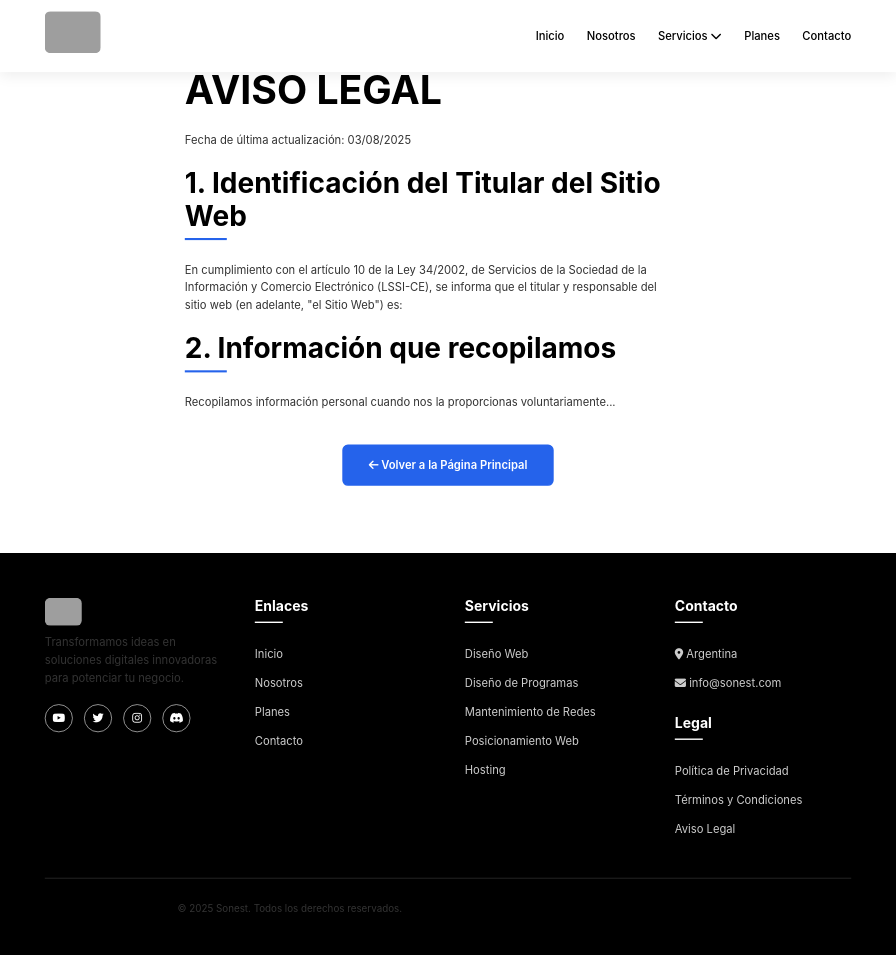
Repository: FabriDevelope/sonest
Page: aviso-legal.html
These files come from the project's save history. The page is drawn as it stood at one moment and after the next save; the edit follows.
The browser window is 1280 px wide. The pictures show the part of the page from y = 0 to 1920 px (the page is 1365 px tall before and 2658 px after), at 70% of full size.
Pictures or frames that could not be fetched are drawn as grey boxes.

Above is the page before, as saved 2025-08-03 01:57:50.

### aviso-legal.html
<!DOCTYPE html>
<html lang="es">
<head>
    <meta charset="UTF-8">
    <meta name="viewport" content="width=device-width, initial-scale=1.0">
    <title>Sonest - Aviso Legal</title>
    <link rel="stylesheet" href="styles.css">
    <link rel="stylesheet" href="https://cdnjs.cloudflare.com/ajax/libs/font-awesome/6.4.0/css/all.min.css">
    <link rel="icon" href="https://i.imgur.com/gXWLOT4.png" type="image/png">
    <style>
        .hero {
            padding: 12rem 0 7rem;
            background: linear-gradient(135deg, #f0f7ff 0%, #e6f0ff 100%);
            position: relative;
            overflow: hidden;
        }

        .hero::before {
            content: '';
            position: absolute;
            top: -100px;
            right: -100px;
            width: 500px;
            height: 500px;
            border-radius: 50%;
            background: linear-gradient(135deg, rgba(37, 99, 235, 0.1) 0%, rgba(37, 99, 235, 0.05) 100%);
            z-index: 0;
        }

        .hero-content {
            display: flex;
            align-items: center;
            gap: 4rem;
            position: relative;
            z-index: 1;
        }

        .hero-text {
            flex: 1;
        }

        .hero-image {
            flex: 1;
            border-radius: var(--border-radius);
            overflow: hidden;
            box-shadow: var(--shadow);
            transform: perspective(1000px) rotateY(-5deg);
            transition: var(--transition);
        }

        .hero-image:hover {
            transform: perspective(1000px) rotateY(0);
        }

        .features-grid {
            display: grid;
            grid-template-columns: repeat(auto-fit, minmax(300px, 1fr));
            gap: 2.5rem;
            margin-top: 3rem;
        }

        .feature-card {
            background-color: var(--white);
            border-radius: var(--border-radius);
            padding: 2.5rem;
            transition: var(--transition);
            box-shadow: 0 5px 15px rgba(0,0,0,0.05);
            text-align: center;
            border: 1px solid rgba(37, 99, 235, 0.1);
        }

        .feature-card:hover {
            transform: translateY(-10px);
            box-shadow: 0 15px 30px rgba(37, 99, 235, 0.15);
        }

        .feature-icon {
            width: 80px;
            height: 80px;
            background: linear-gradient(135deg, #e6f0ff 0%, #d0e1ff 100%);
            border-radius: 50%;
            display: flex;
            align-items: center;
            justify-content: center;
            margin: 0 auto 1.5rem;
            font-size: 2rem;
            color: var(--primary);
        }

        .services {
            background-color: var(--gray-100);
        }

        .services-grid {
            display: grid;
            grid-template-columns: repeat(auto-fit, minmax(280px, 1fr));
            gap: 2.5rem;
            margin-top: 2rem;
        }

        .service-card {
            background-color: var(--white);
            border-radius: var(--border-radius);
            padding: 2.5rem;
            transition: var(--transition);
            box-shadow: 0 5px 15px rgba(0,0,0,0.05);
            border: 1px solid rgba(37, 99, 235, 0.1);
        }

        .service-card:hover {
            transform: translateY(-5px);
            box-shadow: 0 15px 30px rgba(37, 99, 235, 0.1);
        }

        .service-icon {
            font-size: 2.5rem;
            margin-bottom: 1.5rem;
            display: inline-block;
            color: var(--primary);
        }

        .soon-badge {
            display: inline-block;
            background-color: var(--gray-200);
            color: var(--gray-700);
            font-size: 0.75rem;
            padding: 0.25rem 0.75rem;
            border-radius: 2rem;
            margin-left: 0.5rem;
            vertical-align: super;
            font-weight: 600;
        }

        .stats {
            background: linear-gradient(135deg, var(--primary) 0%, var(--primary-light) 100%);
            color: var(--white);
            text-align: center;
        }

        .stats-grid {
            display: grid;
            grid-template-columns: repeat(auto-fit, minmax(200px, 1fr));
            gap: 2rem;
            margin-top: 2rem;
        }

        .stat-item {
            text-align: center;
            padding: 2rem;
            background-color: rgba(255, 255, 255, 0.1);
            border-radius: var(--border-radius);
        }

        .stat-number {
            font-size: 3rem;
            font-weight: 700;
            margin-bottom: 0.5rem;
        }

        .testimonials-grid {
            display: grid;
            grid-template-columns: repeat(auto-fit, minmax(320px, 1fr));
            gap: 2.5rem;
        }

        .testimonial-card {
            background-color: var(--white);
            border-radius: var(--border-radius);
            padding: 2.5rem;
            position: relative;
            box-shadow: 0 5px 15px rgba(0,0,0,0.05);
            border: 1px solid rgba(37, 99, 235, 0.1);
        }

        .testimonial-quote {
            font-size: 3rem;
            position: absolute;
            top: 1rem;
            left: 1rem;
            opacity: 0.1;
            color: var(--primary);
        }

        .cta {
            background: linear-gradient(135deg, var(--gray-800) 0%, var(--black) 100%);
            color: var(--white);
            text-align: center;
            padding: 5rem 0;
            position: relative;
            overflow: hidden;
        }

        .cta::before {
            content: '';
            position: absolute;
            top: -100px;
            right: -100px;
            width: 400px;
            height: 400px;
            border-radius: 50%;
            background: rgba(255, 255, 255, 0.05);
            z-index: 0;
        }

        .cta-content {
            position: relative;
            z-index: 1;
            max-width: 700px;
            margin: 0 auto;
        }

        .fade-in {
            opacity: 0;
            transform: translateY(30px);
            transition: opacity 0.6s ease-out, transform 0.6s ease-out;
        }

        .fade-in-visible {
            opacity: 1;
            transform: translateY(0);
        }

        /* Ajustes para la nueva sección Legal */
@media (max-width: 768px) {
    .footer-grid > div:last-child .footer-title {
        margin-top: 1.5rem;
    }
}
    </style>
    </head>
<body>
    <!-- Header -->
    <header>
        <div class="container header-container">
            <a href="index.html" class="logo">
                <img src="https://i.imgur.com/yJCH2BL.png" alt="Sonest Logo" style="height: 60px; margin-right: 10px;">
            </a>
            <nav>
                <ul class="nav-menu">
                    <li class="nav-item"><a href="index.html" class="nav-link">Inicio</a></li>
                    <li class="nav-item"><a href="nosotros.html" class="nav-link">Nosotros</a></li>
                    <li class="nav-item dropdown">
                        <a href="planes.html" class="nav-link">Servicios <i class="fas fa-chevron-down"></i></a>
                        <ul class="dropdown-content">
                            <li><a href="diseno-web.html" class="dropdown-item">Diseño Web</a></li>
                            <li><a href="diseno-programas.html" class="dropdown-item">Diseño de Programas</a></li>
                            <li><a href="mantenimiento-redes.html" class="dropdown-item">Mantenimiento de Redes</a></li>
                            <li><a href="posicionamiento-web.html" class="dropdown-item">Posicionamiento Web</a></li>
                            <li><a href="hosting.html" class="dropdown-item">Hosting</a></li>
                        </ul>
                    </li>
                    <li class="nav-item"><a href="planes.html" class="nav-link">Planes</a></li>
                    <li class="nav-item"><a href="contacto.html" class="nav-link active">Contacto</a></li>
                </ul>
            </nav>
            <div class="mobile-toggle">
                <i class="fas fa-bars"></i>
            </div>
        </div>
    </header>

     <main class="section" style="max-width: 800px; margin: 0 auto;">
        <div class="container">
            <h1>AVISO LEGAL</h1>
            <p>Fecha de última actualización: 03/08/2025</p>

            <h2>1. Identificación del Titular del Sitio Web</h2>
            <p>En cumplimiento con el artículo 10 de la Ley 34/2002, de Servicios de la Sociedad de la Información y Comercio Electrónico (LSSI-CE), se informa que el titular y responsable del sitio web <www class="sonest netlify app"></www> (en adelante, "el Sitio Web") es:</p>

            <h2>2. Información que recopilamos</h2>
            <p>Recopilamos información personal cuando nos la proporcionas voluntariamente...</p>

            <!-- Resto del contenido -->

            <div style="margin-top: 3rem; text-align: center;">
                <a href="index.html" class="btn">
                    <i class="fas fa-arrow-left"></i> Volver a la Página Principal
                </a>
            </div>
        </div>
    </main>

  <!-- Footer -->
<footer>
    <div class="container">
        <div class="footer-grid">
            <div>
                <a href="index.html" class="logo">
                    <img src="https://i.imgur.com/EugKriL.png" alt="Sonest Logo" style="height: 40px; margin-right: 10px;">
                </a>
                <p>Transformamos ideas en soluciones digitales innovadoras para potenciar tu negocio.</p>
                <div class="social-links">
                    <a href="#" class="social-link"><i class="fab fa-youtube"></i></a>
                    <a href="#" class="social-link"><i class="fab fa-twitter"></i></a>
                    <a href="#" class="social-link"><i class="fab fa-instagram"></i></a>
                    <a href="https://discord.gg/TzeV6DSFxJ" class="social-link"><i class="fab fa-discord"></i></a>
                </div>
            </div>
            <div>
                <h4 class="footer-title">Enlaces</h4>
                <ul class="footer-links">
                    <li><a href="index.html" class="footer-link">Inicio</a></li>
                    <li><a href="nosotros.html" class="footer-link">Nosotros</a></li>
                    <li><a href="planes.html" class="footer-link">Planes</a></li>
                    <li><a href="contacto.html" class="footer-link">Contacto</a></li>
                </ul>
            </div>
            <div>
                <h4 class="footer-title">Servicios</h4>
                <ul class="footer-links">
                    <li><a href="diseno-web.html" class="footer-link">Diseño Web</a></li>
                    <li><a href="diseno-programas.html" class="footer-link">Diseño de Programas</a></li>
                    <li><a href="mantenimiento-redes.html" class="footer-link">Mantenimiento de Redes</a></li>
                    <li><a href="posicionamiento-web.html" class="footer-link">Posicionamiento Web</a></li>
                    <li><a href="hosting.html" class="footer-link">Hosting</a></li>
                </ul>
            </div>
            <div>
                <h4 class="footer-title">Contacto</h4>
                <ul class="footer-links">
                    <li><a href="#" class="footer-link"><i class="fas fa-map-marker-alt"></i> Argentina</a></li>
                    <li><a href="mailto:sonest.adm@proton.me" class="footer-link"><i class="fas fa-envelope"></i> info@sonest.com</a></li>
                </ul>
                <!-- Nueva sección Legal -->
                <h4 class="footer-title" style="margin-top: 1.5rem;">Legal</h4>
                <ul class="footer-links">
                    <li><a href="politica-de-privacidad.html" class="footer-link">Política de Privacidad</a></li>
                    <li><a href="terminos-y-condiciones-de-uso.html" class="footer-link">Términos y Condiciones</a></li>
                    <li><a href="aviso-legal.html"class="footer-link">Aviso Legal</a></li>
                </ul>
            </div>
        </div>
        <div class="footer-bottom">
            <p>&copy; 2025 Sonest. Todos los derechos reservados.</p>
        </div>
    </div>
</footer>
    <script>
        document.addEventListener('DOMContentLoaded', function() {
            const mobileToggle = document.querySelector('.mobile-toggle');
            const navMenu = document.querySelector('.nav-menu');

            if (mobileToggle && navMenu) {
                mobileToggle.addEventListener('click', function() {
                    navMenu.classList.toggle('active');
                });
            }

            // Animaciones al hacer scroll
            const observer = new IntersectionObserver((entries) => {
                entries.forEach(entry => {
                    if (entry.isIntersecting) {
                        entry.target.classList.add('fade-in-visible');
                    }
                });
            }, { threshold: 0.1 });

            document.querySelectorAll('.fade-in').forEach(element => {
                observer.observe(element);
            });
        });
    </script>
</body>
</html>

Loaded but not shown: styles.css (684 lines, source omitted)

After the next save:
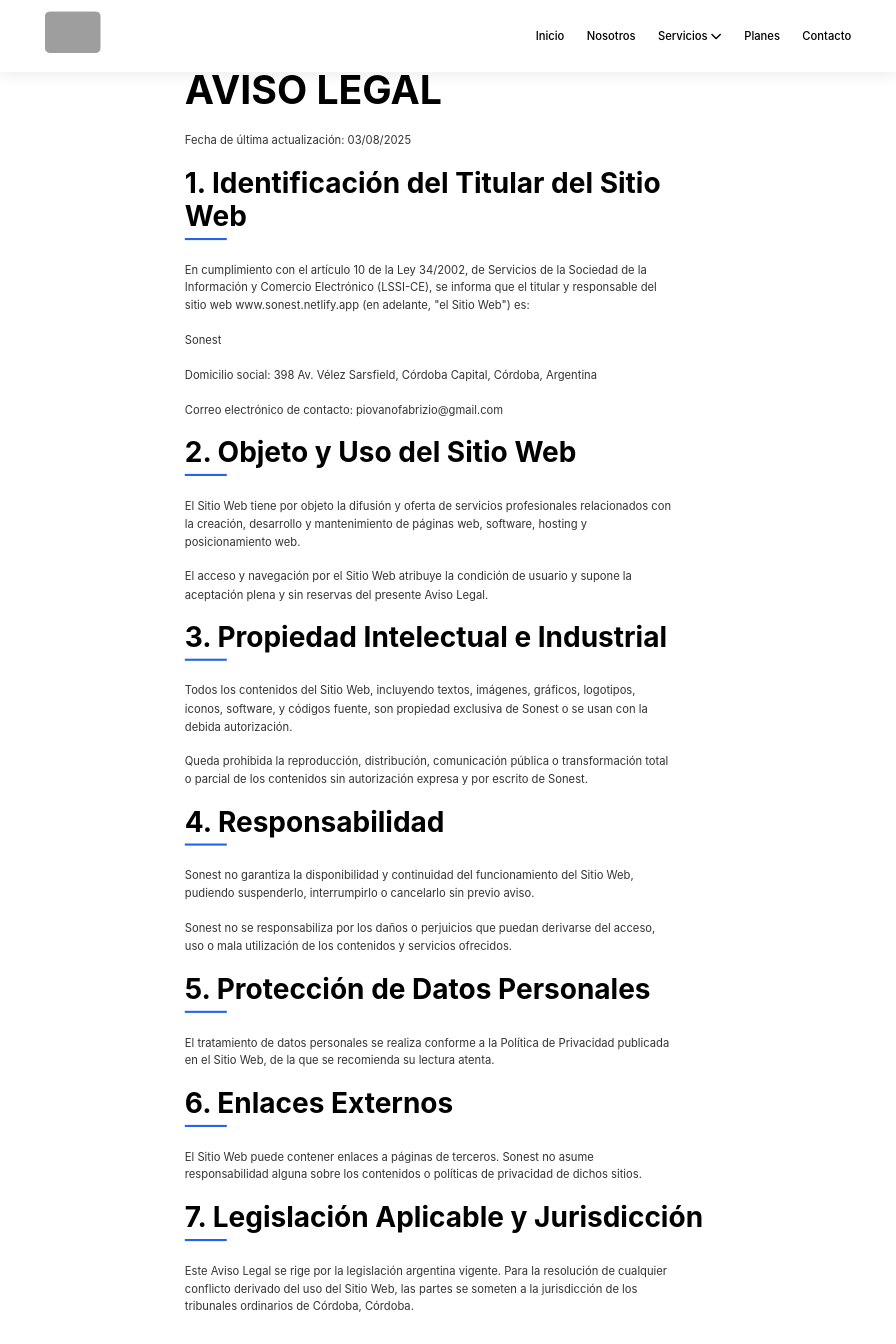
Saved 5 min 52 s later.
--- a/aviso-legal.html
+++ b/aviso-legal.html
@@ -265,10 +265,31 @@
             <p>Fecha de última actualización: 03/08/2025</p>
 
             <h2>1. Identificación del Titular del Sitio Web</h2>
-            <p>En cumplimiento con el artículo 10 de la Ley 34/2002, de Servicios de la Sociedad de la Información y Comercio Electrónico (LSSI-CE), se informa que el titular y responsable del sitio web <www class="sonest netlify app"></www> (en adelante, "el Sitio Web") es:</p>
-
-            <h2>2. Información que recopilamos</h2>
-            <p>Recopilamos información personal cuando nos la proporcionas voluntariamente...</p>
+            <p>En cumplimiento con el artículo 10 de la Ley 34/2002, de Servicios de la Sociedad de la Información y Comercio Electrónico (LSSI-CE), se informa que el titular y responsable del sitio web www.sonest.netlify.app (en adelante, "el Sitio Web") es:</p>
+            <p>Sonest</p>
+            <p>Domicilio social: 398 Av. Vélez Sarsfield, Córdoba Capital, Córdoba, Argentina</p>
+            <p>Correo electrónico de contacto: piovanofabrizio@gmail.com</p>
+
+            <h2>2. Objeto y Uso del Sitio Web</h2>
+            <p>El Sitio Web tiene por objeto la difusión y oferta de servicios profesionales relacionados con la creación, desarrollo y mantenimiento de páginas web, software, hosting y posicionamiento web.</p>
+            <p>El acceso y navegación por el Sitio Web atribuye la condición de usuario y supone la aceptación plena y sin reservas del presente Aviso Legal.</p>
+
+            <h2>3. Propiedad Intelectual e Industrial</h2>
+            <p>Todos los contenidos del Sitio Web, incluyendo textos, imágenes, gráficos, logotipos, iconos, software, y códigos fuente, son propiedad exclusiva de Sonest o se usan con la debida autorización.</p>
+            <p>Queda prohibida la reproducción, distribución, comunicación pública o transformación total o parcial de los contenidos sin autorización expresa y por escrito de Sonest.</p>
+
+            <h2>4. Responsabilidad</h2>
+            <p>Sonest no garantiza la disponibilidad y continuidad del funcionamiento del Sitio Web, pudiendo suspenderlo, interrumpirlo o cancelarlo sin previo aviso.</p>
+            <p>Sonest no se responsabiliza por los daños o perjuicios que puedan derivarse del acceso, uso o mala utilización de los contenidos y servicios ofrecidos.</p>
+
+            <h2>5. Protección de Datos Personales</h2>
+            <p>El tratamiento de datos personales se realiza conforme a la Política de Privacidad publicada en el Sitio Web, de la que se recomienda su lectura atenta.</p>
+
+            <h2>6. Enlaces Externos</h2>
+            <p>El Sitio Web puede contener enlaces a páginas de terceros. Sonest no asume responsabilidad alguna sobre los contenidos o políticas de privacidad de dichos sitios.</p>
+
+            <h2>7. Legislación Aplicable y Jurisdicción</h2>
+            <p>Este Aviso Legal se rige por la legislación argentina vigente. Para la resolución de cualquier conflicto derivado del uso del Sitio Web, las partes se someten a la jurisdicción de los tribunales ordinarios de Córdoba, Córdoba.</p>
 
             <!-- Resto del contenido -->
 
